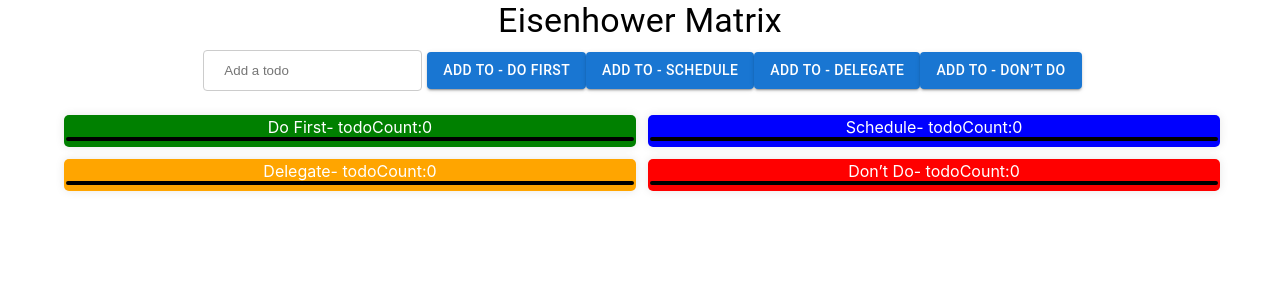
Repository: GokulDev4U/Krixi_react_assignment
Page: /
These files come from the project's save history. The page is drawn as it stood at one moment and after the next save; the edit follows.
The browser window is 1280 px wide. The pictures show the whole page.
The project was rebuilt for these pictures with package versions that can differ from the ones it lists, and the page was loaded fresh each time.

Above is the page before, as saved 2022-04-05 13:55:39.

After the next save:
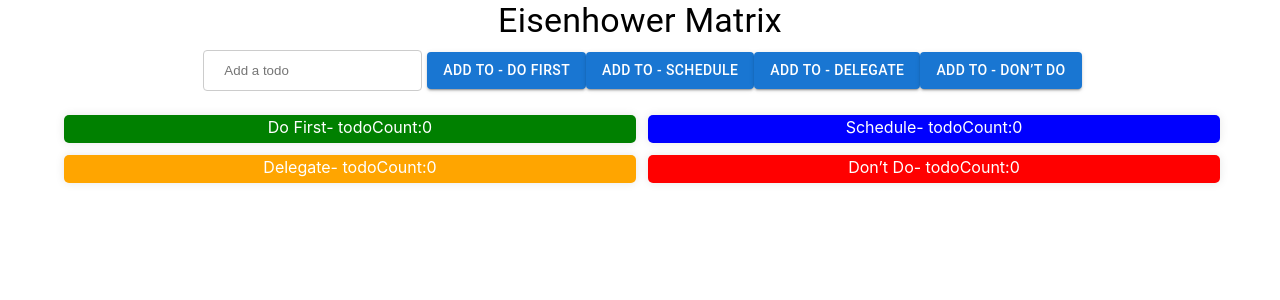
Saved 18 s later.
--- a/src/Components/card/Card.css
+++ b/src/Components/card/Card.css
@@ -12,8 +12,8 @@
     display: flex;
     flex-direction: column;
     justify-content: space-around;
-    border: 2px solid black;
-    border-radius: 5px;
+    /* border: 2px solid black;
+    border-radius: 5px; */
  }
  .card-content-item{
       width: 100%;
